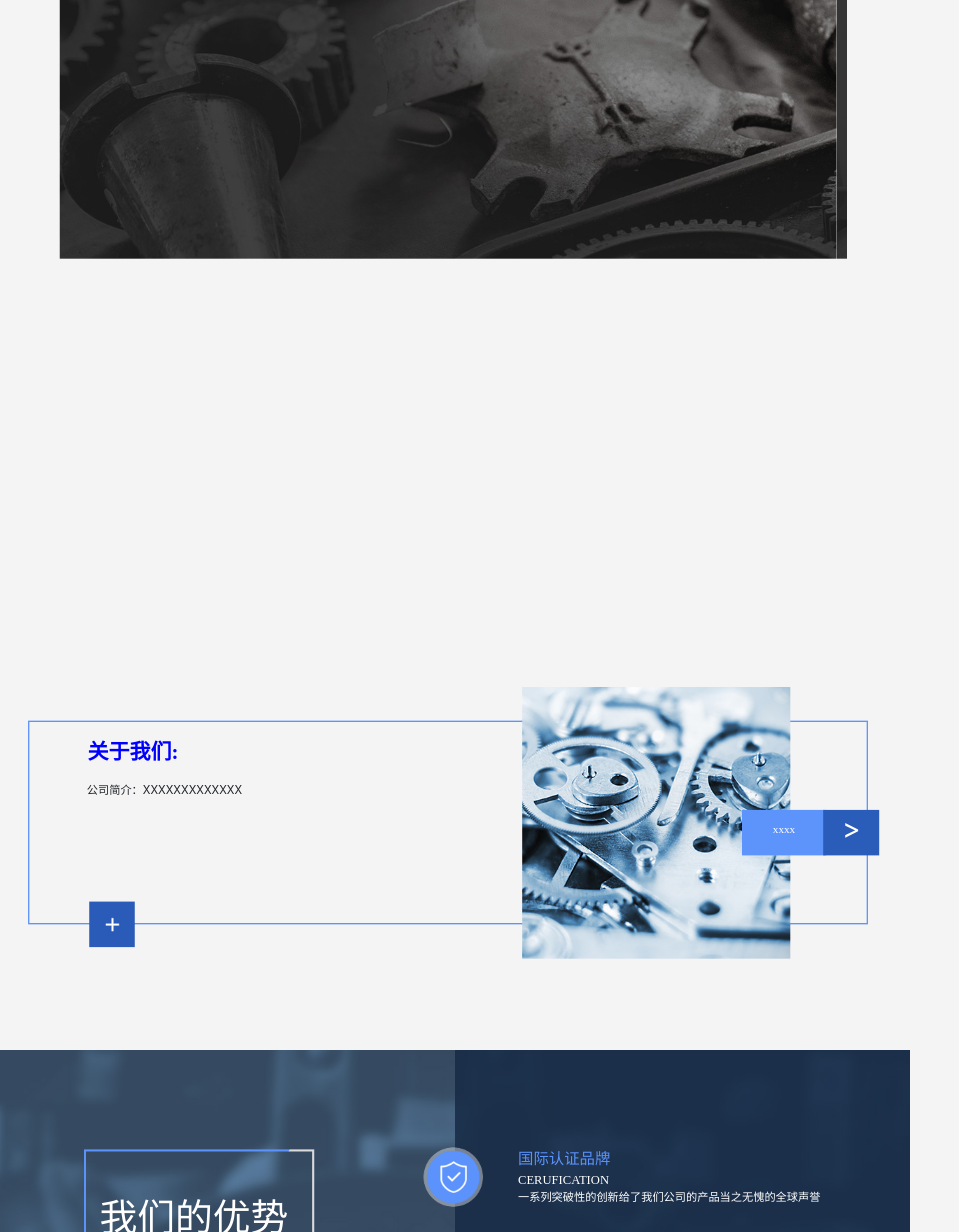
Repository: Noitom/Hadalsnailfish
Page: src/main/resources/static/index.html
An editor plug-in stored every save of this project. The page is shown before and after the next save, followed by the edit.
The browser window is 1280 px wide. The page is 1370 px wide, so the pictures cover 1370 px, including what lies to the right of the window. The pictures show the part of the page from y = 470 to 2230 px (the page is 4793 px tall before and 4193 px after), at 70% of full size.

Above is the page before, as saved 2021-12-13 18:05:20.

After the next save:
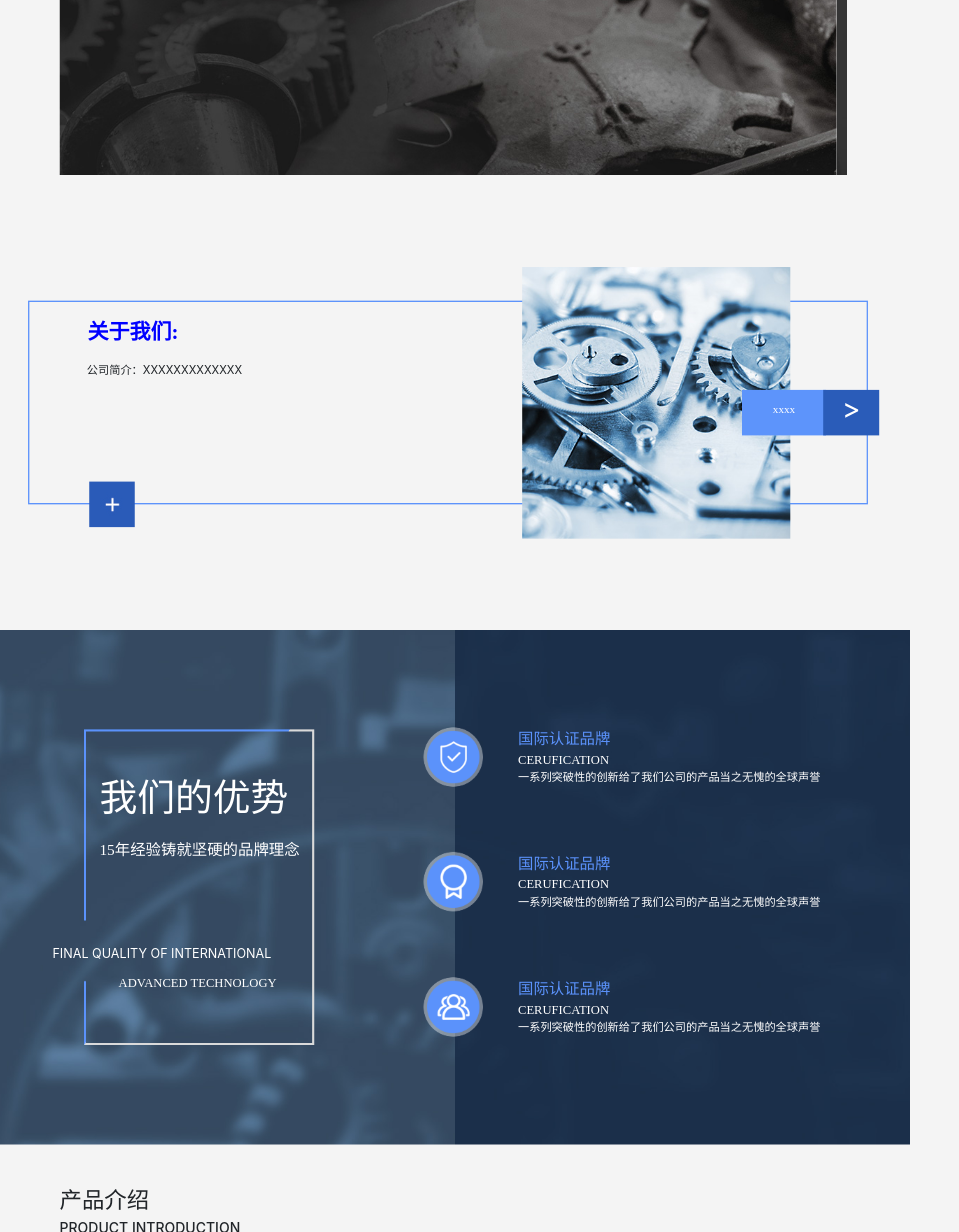
Saved 16 s later.
--- a/src/main/resources/static/index.html
+++ b/src/main/resources/static/index.html
@@ -131,7 +131,7 @@
     <div class="container" style="width: 100%;overflow-x: hidden">
         <template>
             <div class="block" >
-                <el-carousel height="1200px">
+                <el-carousel height="600px">
                     <el-carousel-item v-for="item in imageList" :key="item">
                         <img :src="item" style="height:720px;">
                     </el-carousel-item>
